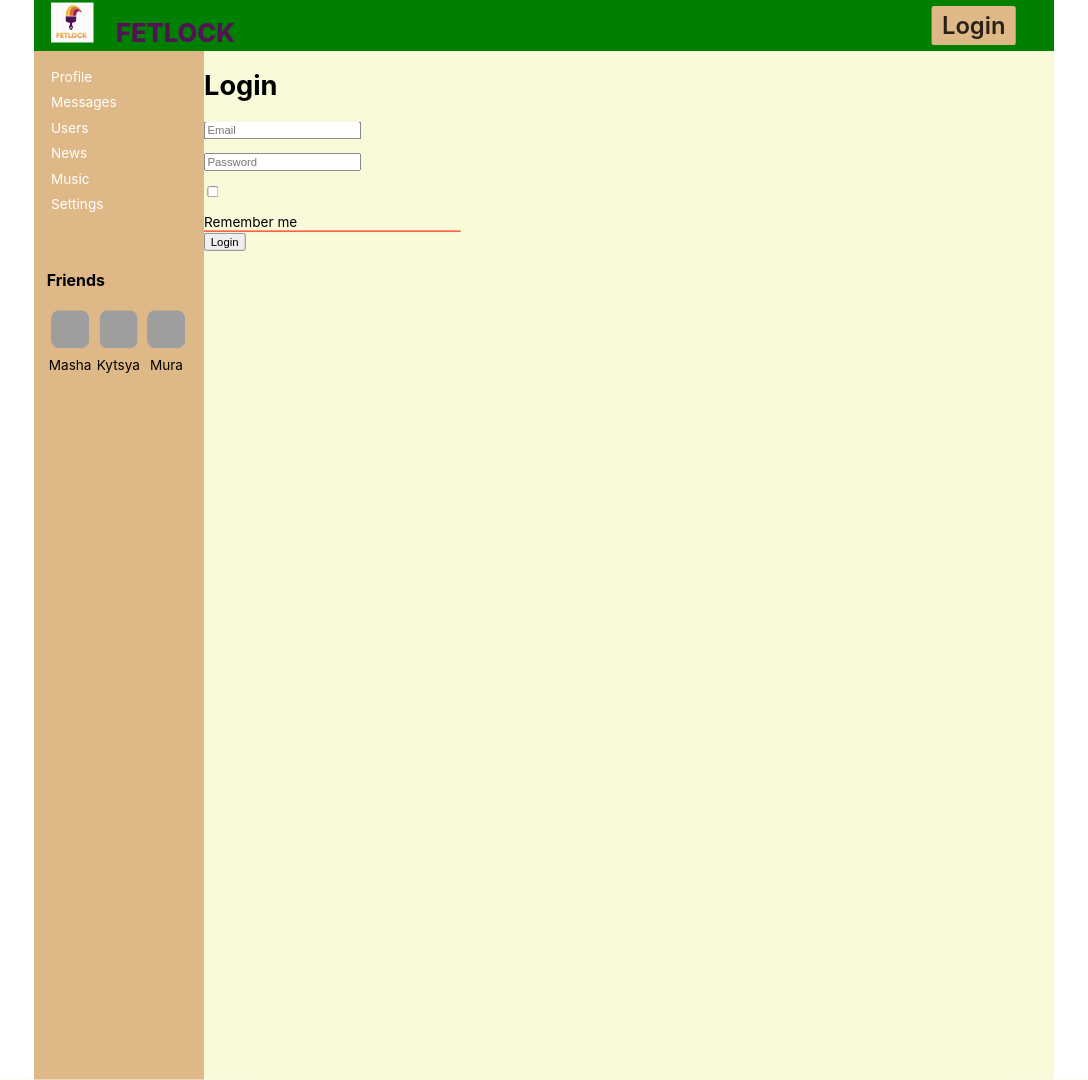
Repository: tetianatsymbal/react-way-of-samurai
Page: /login
An editor plug-in stored every save of this project. The page is shown before and after the next save, followed by the edit.
The browser window is 1280 px wide. The pictures show the whole page, at 85% of full size.
Pictures or frames that could not be fetched are drawn as grey boxes. The page's requests for data from a server got no answer. The project was rebuilt for these pictures with package versions that can differ from the ones it lists, and the page was loaded fresh each time. No one was signed in, and anything a server would have sent is missing. Also part of the build but not shown: src/hoc/withAuthRedirect.js, src/components/Dialogs/Dialogs.module.css, src/components/Dialogs/DialogItem/DialogItem.module.css, src/components/Dialogs/DialogItem/DialogItem.jsx, src/components/Dialogs/Message/Message.module.css, src/components/Dialogs/Message/Message.jsx, src/components/Dialogs/AddMessageForm/AddMessageForm.module.css, src/components/Dialogs/AddMessageForm/AddMessageForm.jsx and 19 more.

Above is the page before, as saved 2022-08-22 13:53:29.

After the next save:
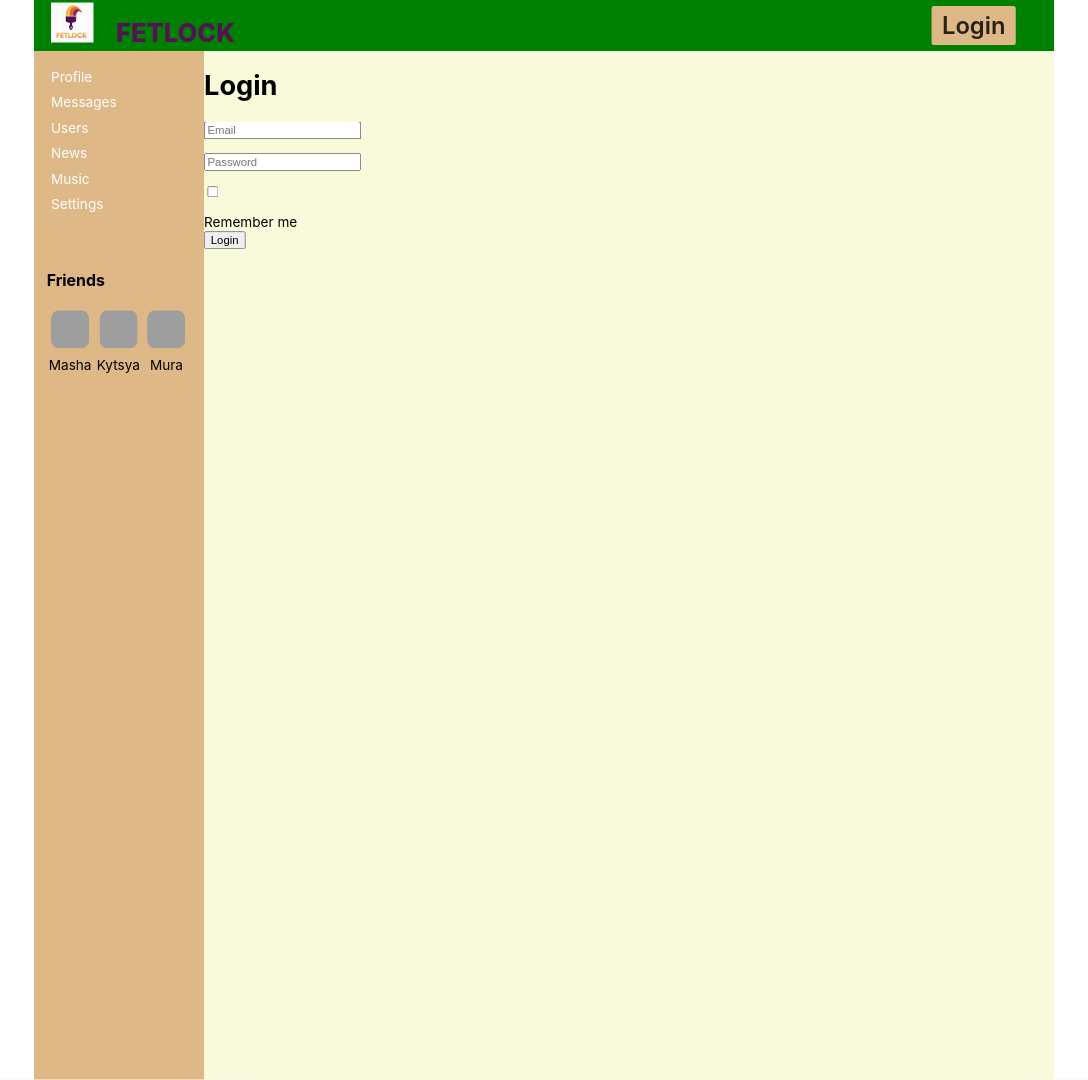
Saved 2 min 45 s later.
--- a/src/components/Login/Login.jsx
+++ b/src/components/Login/Login.jsx
@@ -19,7 +19,7 @@
       <div>
          <Field name={"rememberMe"} type={"checkbox"} component={Input} /> <span>Remember me</span>
       </div>
-      <div className={style.formSummaryError}>{props.error}</div>
+      { props.error && <div className={style.formSummaryError}>{props.error}</div>}
       <div>
          <button>Login</button>
       </div>
